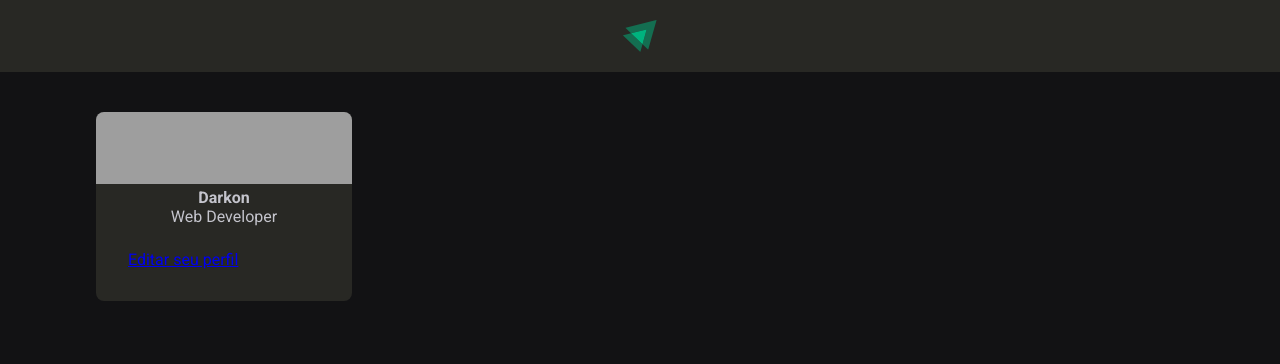
Repository: viviij/PseudoRedeSocial
Page: /
An editor plug-in stored every save of this project. The page is shown before and after the next save, followed by the edit.
The browser window is 1280 px wide. The pictures show the whole page.
Pictures or frames that could not be fetched are drawn as grey boxes. The project was rebuilt for these pictures with package versions that can differ from the ones it lists, and the page was loaded fresh each time. Also part of the build but not shown: vite.config.js.

Above is the page before, as saved 2022-07-29 11:51:51.

### index.html
<!DOCTYPE html>
<html lang="en">
  <head>
    <meta charset="UTF-8" />
    <link rel="preconnect" href="https://fonts.googleapis.com">
    <link rel="preconnect" href="https://fonts.gstatic.com" crossorigin>
    <link rel="icon" type="image/svg+xml" href="/vite.svg" />
    <meta name="viewport" content="width=device-width, initial-scale=1.0" />
    <link href="https://fonts.googleapis.com/css2?family=Roboto:wght@400;700&display=swap" rel="stylesheet">
    <title>RedeSocial</title>
  </head>
  <body>
    <div id="root"></div>
    <script type="module" src="/src/main.jsx"></script>
  </body>
</html>

### src/App.jsx
import { Header } from "./components/header";
import { Sidebar } from "./components/Sidebar"

import styles from "./App.module.css"
import "./global.css"
export function App() {
  return (
    <div>
      <Header />

      <div className={styles.wrapper}>
        <Sidebar />
        <main>

        </main>
      </div>
    </div>
  )
}

### src/components/header.jsx
import styles from "./Header.module.css"

import IgniteLogo from '../assets/IgniteLogo.svg'

export function Header() {
  return (
    <header className={styles.header}>
      <img src={IgniteLogo} alt="Logo da ignite" />
    </header>
  )
}

### src/components/Sidebar.jsx
import styles from "./Sidebar.module.css"

export function Sidebar() {
  return (
    <aside className={styles.sidebar}>
      <img
        className={styles.cover}
        src="https://images.unsplash.com/photo-1659095579647-7c1bbc73b36f?ixlib=rb-1.2.1&ixid=MnwxMjA3fDB8MHxlZGl0b3JpYWwtZmVlZHw1fHx8ZW58MHx8fHw%3D&auto=format&fit=crop&w=500&q=10" alt="plano de fundo"
      />

      <div className={styles.profile}>
        <strong>Darkon</strong>
        <span>Web Developer</span>
      </div>

      <footer>
        <a href="#">Editar seu perfil</a>
      </footer>
    </aside>
  )
}

### src/App.module.css
.wrapper {
  max-width: 70rem;
  margin: 2rem auto;
  padding: 0.5rem 1rem;

  display: grid;
  grid-template-columns: 256px 1fr;
  gap: 2rem;
  align-items: flex-start;

}

### src/global.css
:root {
  --white: #ffffff;

  --gray-100: #e1e1e6;
  --gray-300: #c4c4cc;
  --gray-400: #8d8d99;
  --gray-600: #323238;
  --gray-700: #29292e;
  --gray-800: #282824;
  --gray-900: #121214;

  --green-500: #00875f;
}

* {
  margin: 0;
  padding: 0;
  box-sizing: border-box;
}

body {
  background: var(--gray-900);
  color: var(--gray-300);
  -webkit-font-smoothing: antialiased;
}

body,
input,
textarea,
button {
  font-family: 'Roboto', sans-serif;
  font-weight: 400;
  font-size: 1rem;
}

### src/components/Sidebar.module.css
.sidebar {
  background: var(--gray-800);
  border-radius: 8px;
  overflow: hidden;
}

.cover {
  width: 100%;
  height: 72px;
  object-fit: cover;
}

.profile {
  display: flex;
  flex-direction: column;
  align-items: center;
}

.sidebar footer {
  border-top: 1px solidvar(--gray-600) margin-top: 1.5rem;
  padding: 1.5rem 2rem 2rem;
}

sidebar footer a {
  width: 100%;
  background: transparent;
  color: var(--green-500);
  border: 1px solid var(--green-500);
  border-radius: 8px;
  height: 50px;
  padding: 0 1.5rem;
  font-weight: bold;
  display: block;
}

Loaded but not shown: src/main.jsx (common file); src/components/Header.module.css (common file)

After the next save:
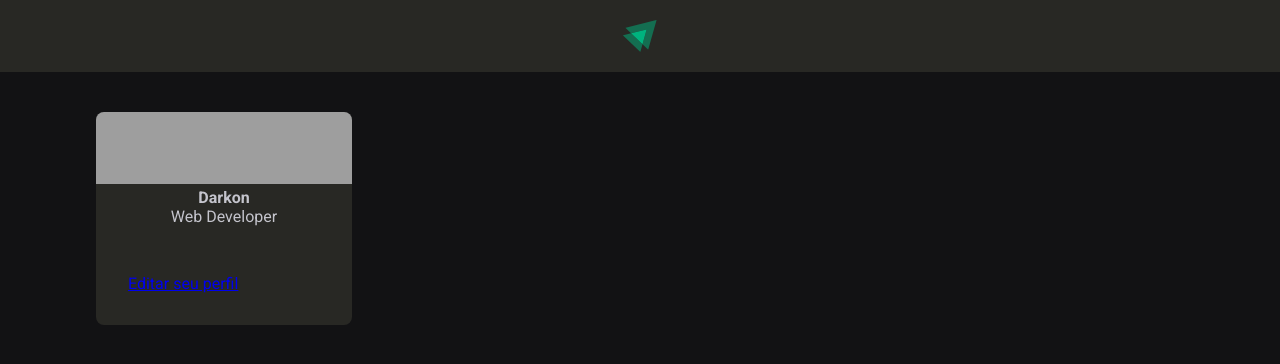
Saved 47 s later.
--- a/src/components/Sidebar.module.css
+++ b/src/components/Sidebar.module.css
@@ -17,7 +17,8 @@
 }
 
 .sidebar footer {
-  border-top: 1px solidvar(--gray-600) margin-top: 1.5rem;
+  border-top: 1px solidvar(--gray-600);
+  margin-top: 1.5rem;
   padding: 1.5rem 2rem 2rem;
 }
 
